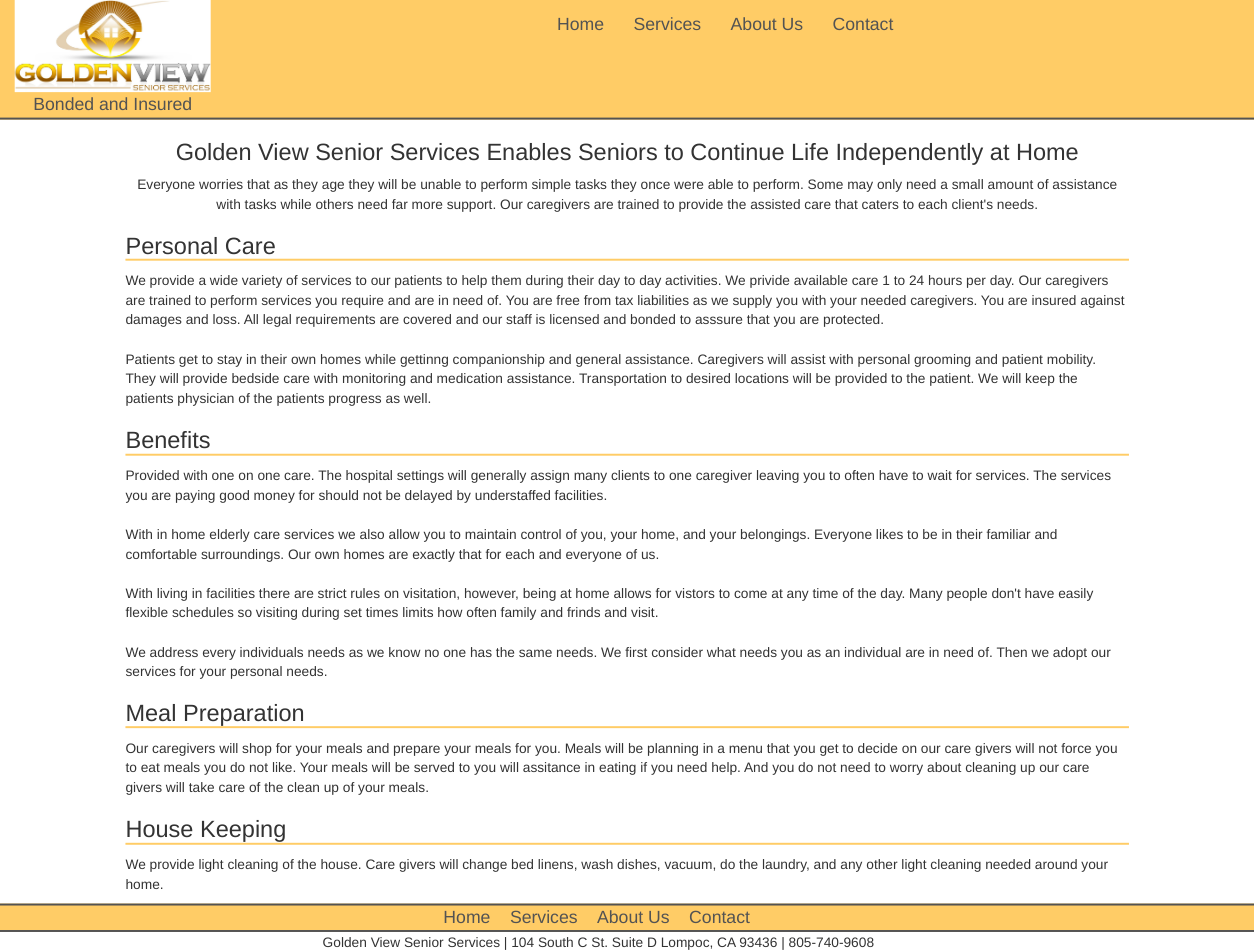
Repository: alprusa/GoldenViewWebsiteMockup
Page: GoldenViewWebsite/services/index.html
An editor plug-in stored every save of this project. The page is shown before and after the next save, followed by the edit.
The browser window is 1280 px wide. The pictures show the whole page, at 98% of full size.

Above is the page before, as saved 2016-10-26 11:25:24.

After the next save:
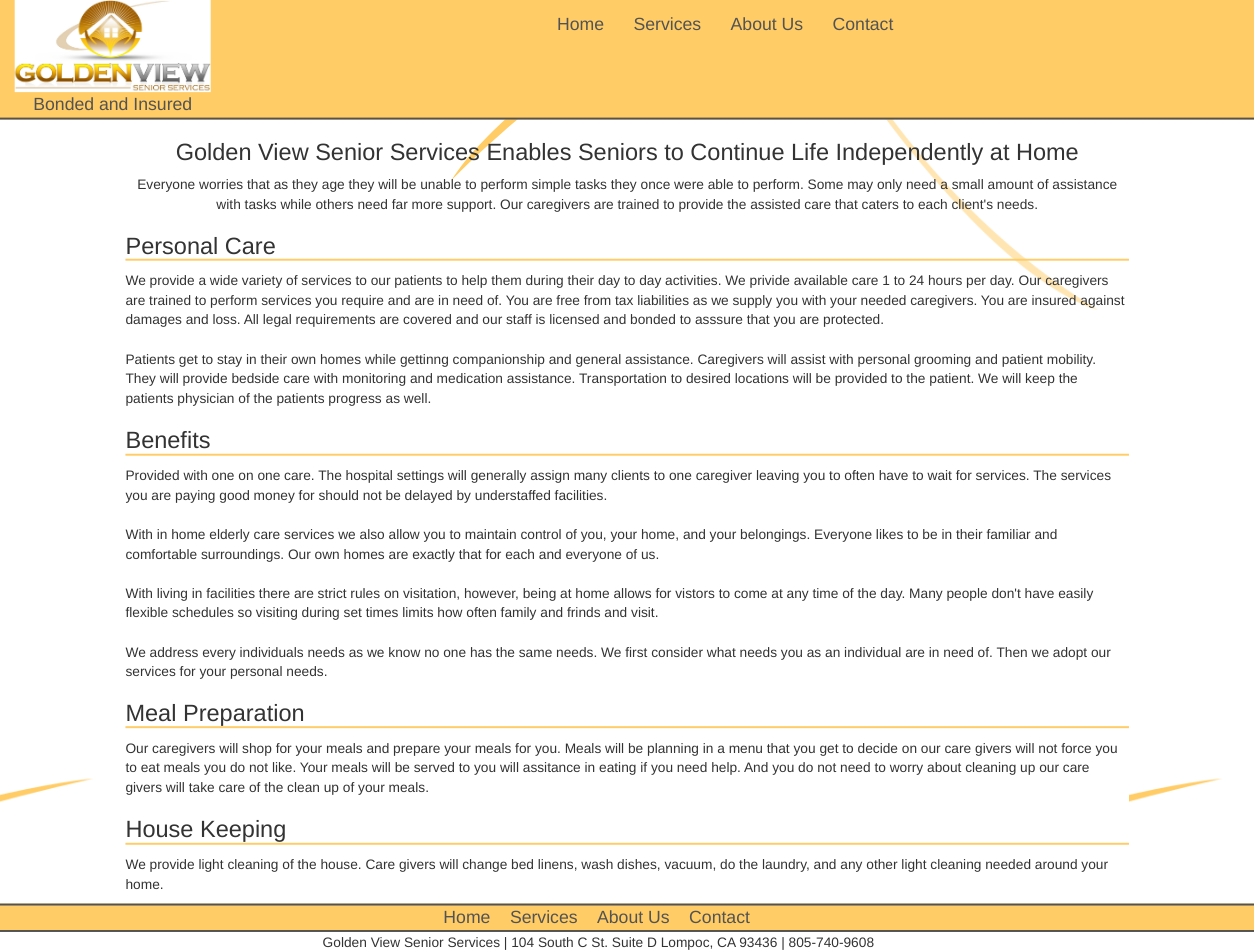
Saved 14 s later.
--- a/GoldenViewWebsite/services/Swoosh.css
+++ b/GoldenViewWebsite/services/Swoosh.css
@@ -2,7 +2,7 @@
 	background-image: url("../img/Swooshes.svg");
 	background-repeat: no-repeat;
 	background-repeat: repeat-x;
-	background-size: 100% 90%;
+	background-size: 90%;
 }
 
 #swooshSmall{
